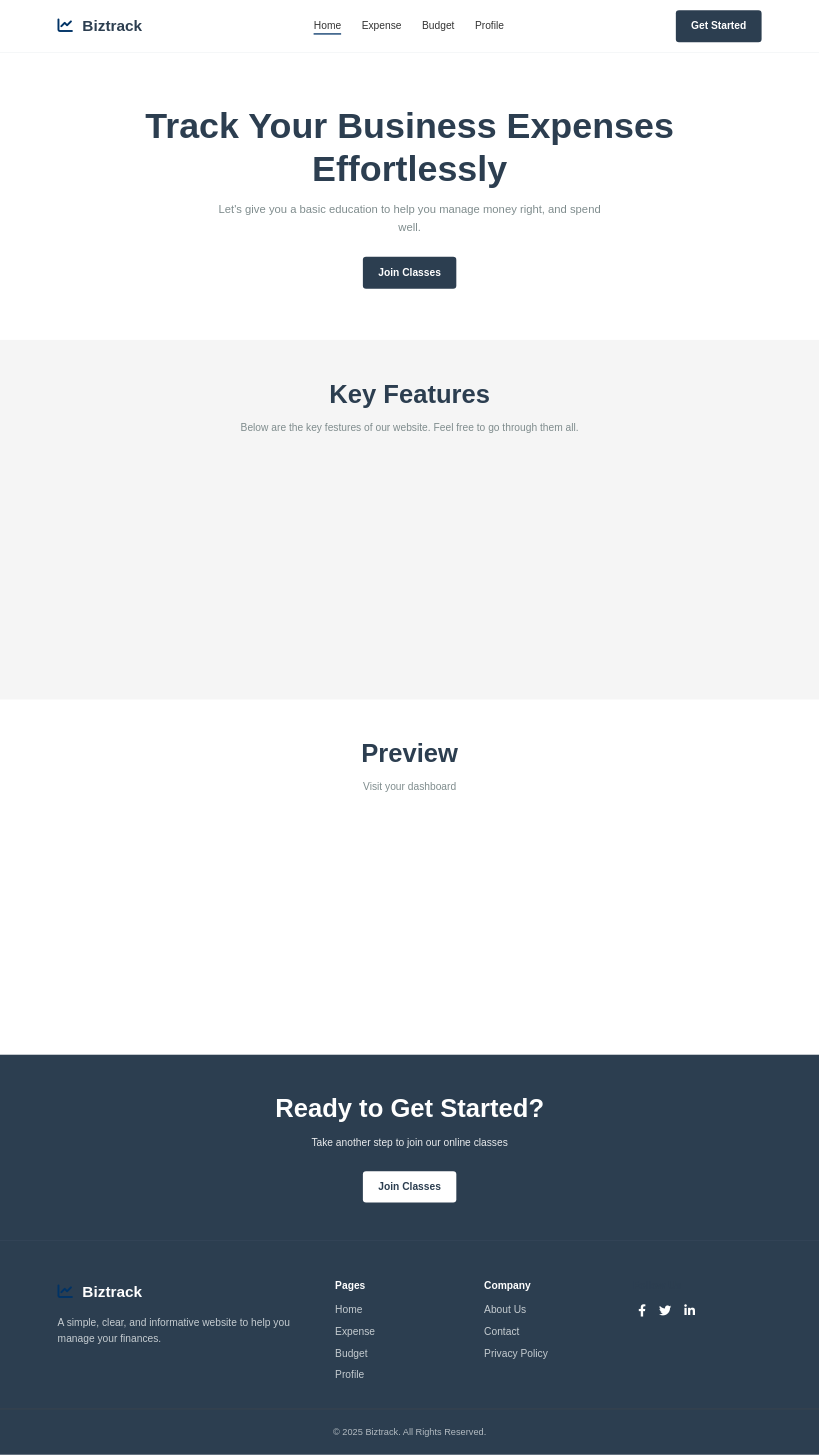
Repository: JoyUdoh106/wdd131
Page: project/index.html
These files come from the project's save history. The page is drawn as it stood at one moment and after the next save; the edit follows.
The browser window is 1280 px wide. The pictures show the whole page, at 64% of full size.

Above is the page before, as saved 2025-08-10 19:22:34.
Console error: TypeError: Cannot set properties of null (setting 'textContent')

After the next save:
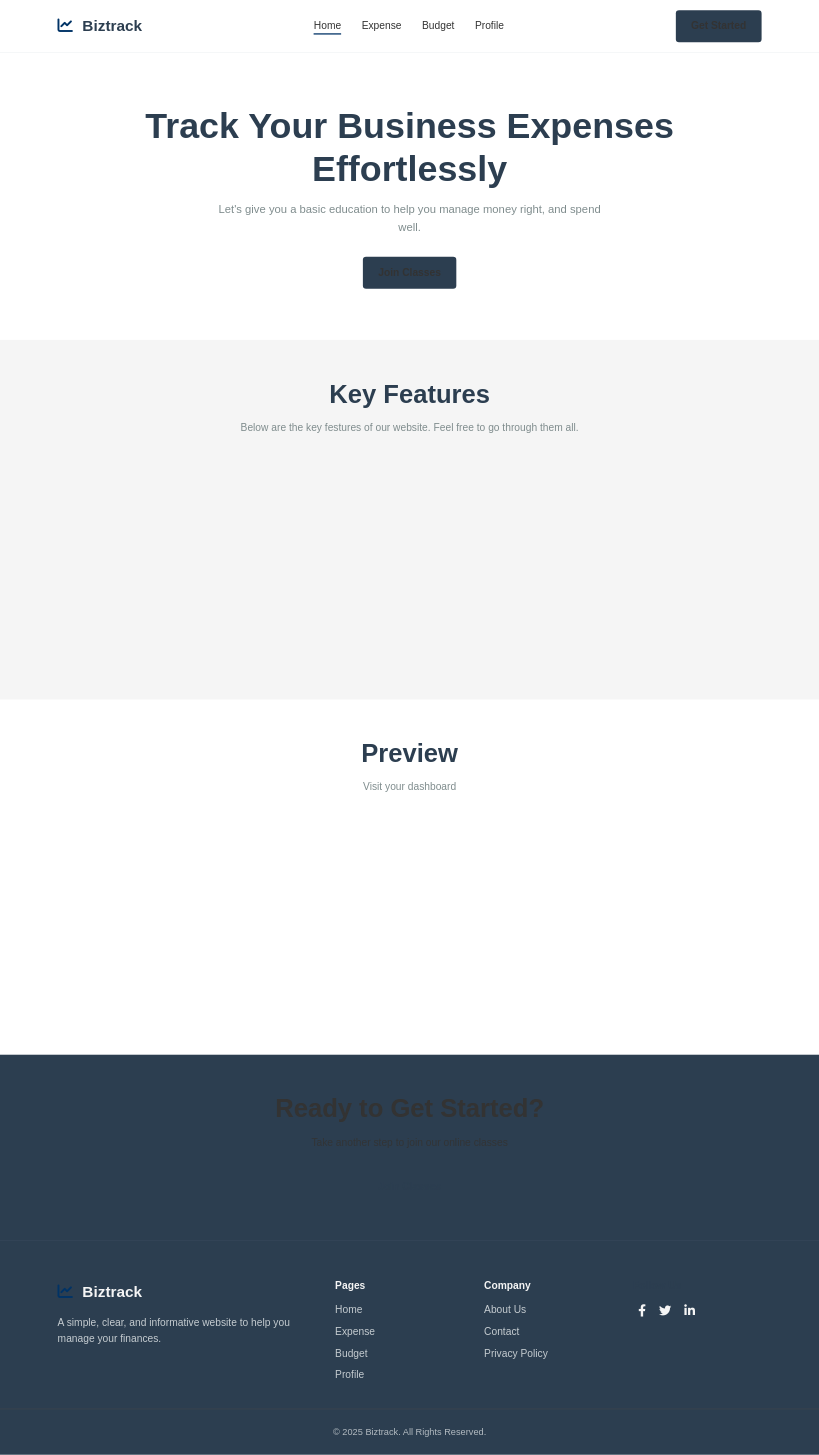
Saved 16 s later.
--- a/project/styles/project.css
+++ b/project/styles/project.css
@@ -2,7 +2,7 @@
 :root {
     --primary-color: #003366;
     --dark-color: #2c3e50;
-    --light-color: #ffffff;
+    --light-color: #;
     --text-color: #333333;
     --bg-color: #f5f5f5;
     --grey-color: #7f8c8d;
